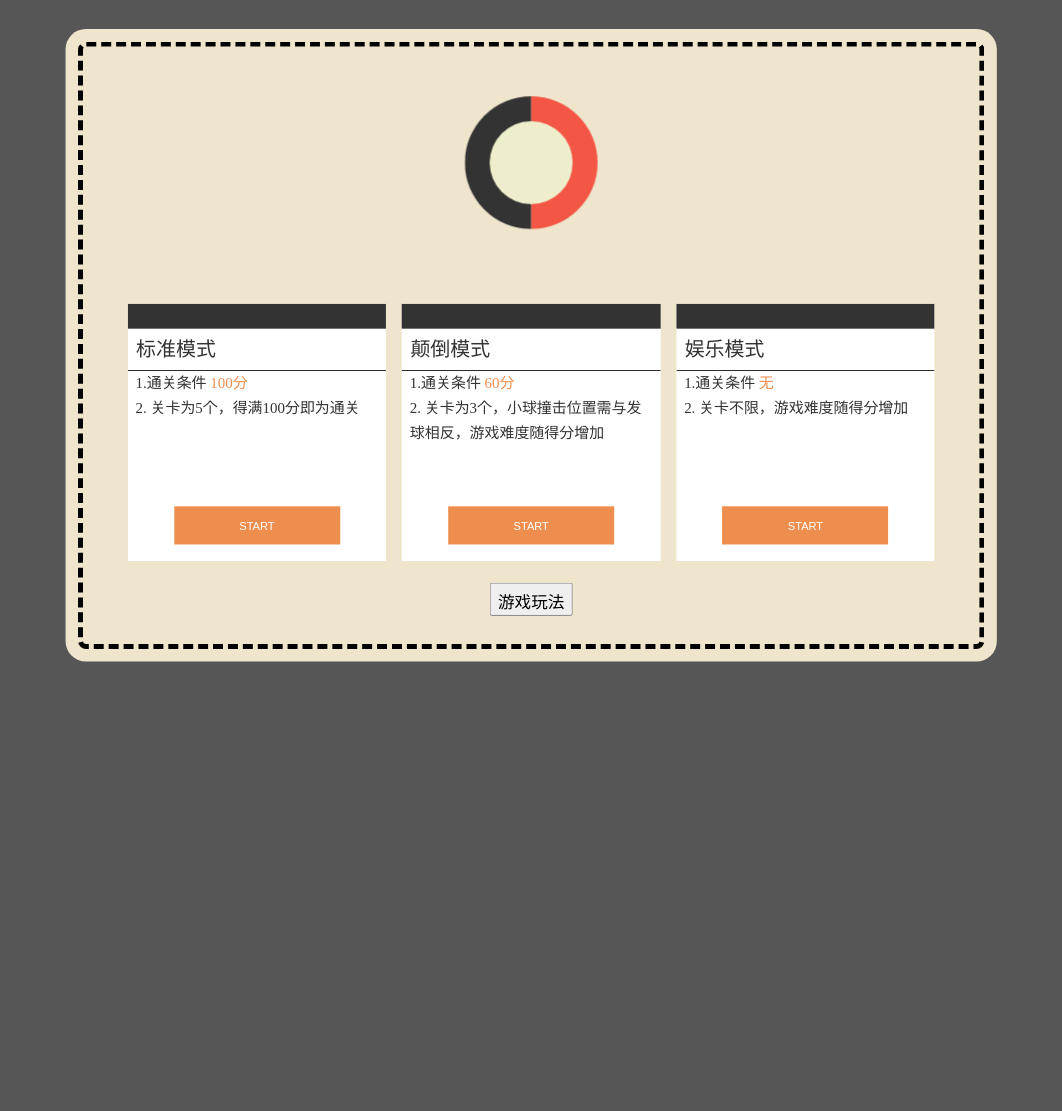
Repository: EEETA/ball-game
Page: theBall2/index.html
These files come from the project's save history. The page is drawn as it stood at one moment and after the next save; the edit follows.
The browser window is 1280 px wide. The pictures show the whole page, at 83% of full size.

Above is the page before, as saved 2018-08-02 16:08:40.

### theBall2/index.html
<!DOCTYPE html>
<html lang="en">
<head>
    <meta charset="UTF-8">
    <title>theBall</title>
	<link rel="stylesheet" href="style/index.css">
    <script src="js/jquery-1.8.3.min.js"></script>
	<script src="js/jquery.rotate.min.js"></script>
</head>
<body>
    <section class="box">
        <!-- 旋转div -->
        <section class="ball ballZhuan">
            <div class="redPart_box">
                <div class="redPart"></div>
            </div>
            <div class="blackPart_box">
                <div class="blackPart"></div>
            </div>
            <div class="middlePart"></div>
        </section>
        <div class="ball2"></div>

        <section class="idx_pattern">
            <!-- 主界面-游戏模式 -->
        </section>
        <section class="idx_intro">
            <!-- 主界面-游戏玩法 -->
        </section>

        <section class="game_mask">
        <!-- 游戏界面-娱乐模式遮罩提示层 -->
        </section>
        <div class="arrow">
            <!-- 升级效果 -->
        </div>
        <section class="game_shootBox">
            <!-- 游戏界面-小球发射 -->
        </section>
        <section class="game_fraction">
            <!-- 游戏界面-分数血量显示 -->
        </section>
        <section class="game_hanlder">
            <!-- 游戏界面-结束模块 -->
        </section>
    </div>

    <script src="data/data.js"></script>
    <script>
        const patternLen = pattern.length;
        const idxPattern = document.querySelector('.idx_pattern');
        const idxIntro = document.querySelector('.idx_intro');
        const gameShootBox = document.querySelector('.game_shootBox');
        const gameFraction = document.querySelector('.game_fraction');
        const gameHanlder = document.querySelector('.game_hanlder');
        const gameMask = document.querySelector('.game_mask');
        var my=[];
        /*主界面-游戏模式*/
        for(var i=0;i<patternLen;i++){
            let idxPatternMain=`<div class="playWrap">
                                    <div class="playTit"> ${pattern[i].patternName} </div>
                                    <div class="playIntroduce">
                                        <div class="playIntroduceTxt">1.通关条件 <span style="color:#EE8E4E"> ${pattern[i].explain.condition} </span></div>
                                        <div class="playIntroduceTxt">2. ${pattern[i].explain.produce} </div>
                                    </div>
                                    <button class="start">START</button>
                                </div>`
            idxPattern.innerHTML+=idxPatternMain;
        }
        /*主界面-游戏玩法*/
        let produceTxt=`<div class="introTxt">
                            <div>
                                1.按空格键/AD可旋转 <img src="img/img1.png" alt="" class="sizeOne">
                            </div>
                            <div>
                                2.当<img src="img/img2.png" alt="" class="sizeOne">掉落时,根据模式将 <img src="img/img1.png" alt="" class="sizeOne"> 旋转到对应的颜色即可得1分,反之<span style="color:red">HP-1</span>
                            </div>
                            <div>
                                3.进入游戏后，每个玩家血量为5,右上角为分数面板 <img src="img/img3.png" alt="" class="sizeTwo"> 左侧为当前分数,右侧为当前关卡上限,分数达到上限即可进入下一关
                            </div>
                        </div>
                        <button class="introTxtBtn">游戏玩法</button>`
        idxIntro.innerHTML=produceTxt;



        /*游戏界面-小球发射*/
        let gameShootBoxMain=`<div class="top">
                                    <div class="div_middle"></div>
                                </div>
                                <div class="bottom">
                                    <div class="div_middle"></div>
                                </div>
                                <div class="left">
                                    <div class="div_middle"></div>
                                </div>
                                <div class="right">
                                    <div class="div_middle"></div>
                                </div>`
        gameShootBox.innerHTML+=gameShootBoxMain;
        /*游戏界面-分数血量显示*/
        let gameFractionMain=`<div class="life">HP:
                                    <div class="hp_div">
                                        <div class="hp_div_main"></div>
                                    </div>
                                </div>
                                <div class="fraction">
                                    <span class="fraction_left"></span>
                                    /
                                    <span class="fraction_right"></span>
                                </div>`
        gameFraction.innerHTML=gameFractionMain;
        /*游戏界面-结束模块*/
        let gameHanlderMain=`<div class="interface">
                                <div class="over">Game Over</div>
                                <div class="success">成功通关</div>
                            </div>
                            <div class="button_box">
                                <button class="button_left">再玩一次</button>
                                <button class="button_right">返回大厅</button>
                            </div>`
        gameHanlder.innerHTML=gameHanlderMain;
        /*游戏界面-娱乐模式遮罩提示层*/
        let gameMaskMain=`<div class="Mask_span">
                                <span>按A键向左转</span>
                                <span>按D键向右转</span>
                            </div>
                            <span class="Mask_p">- 按空格键继续 -</span>`
        gameMask.innerHTML=gameMaskMain;
    </script>
    <script src="js/index.js"></script>
    <script src="js/animation.js"></script>
</body>
</html>

### theBall2/style/index.css
@charset "UTF-8";
html{background: #565656;}
body{-webkit-user-select:none;-moz-user-select:none;-ms-user-select:none; user-select:none;}
input{border: none;outline: none;-webkit-tap-highlight-color: #000000;-webkit-tap-highlight-color: rgba(0, 0, 0, 0);}
button{outline: none;}

.box{
    position: relative;
    margin: 50px auto 0;
    /* overflow: hidden; */
    width: 1080px;
    height: 720px;
    background: #eee5cc;
    border: 6px dashed #000;
    box-shadow: 0 0 0 15px #eee5cc;
    border-radius: 10px;
}
/*两种小球制作*/
.ball{
    position: relative;
    width: 160px;
    height: 160px;
    margin:60px auto 0;
    /* transform:rotate(0deg);
    -ms-transform:rotate(0deg);
    -moz-transform:rotate(0deg);
    -webkit-transform:rotate(0deg);
    -o-transform:rotate(0deg); */
    opacity:1
}
.redPart_box,.blackPart_box{
    height: 50%;
    overflow:hidden;
}
.redPart,.blackPart{
    position: relative;
    height: 160px;
    width: 160px;
    border-radius:50%
}
.redPart{background: #f45646;}
.blackPart{background: #333;top:-100%}
/* .redPart{background: #ff9b9b;}
.blackPart{background: #2aa1a7;top:-100%} */
.middlePart{
    position: absolute;
    left: 30px;
    top: 30px;
    width: 100px;
    height:100px;
    border-radius: 50%;
    background:#eec;
}
.ballZhuan{
    animation-name:rotate;
    animation-iteration-count: infinite;
    animation-duration: 4s;
    animation-timing-function: linear;
}
@keyframes rotate{
    0%{
        transform:rotate(0deg)
    }
    100%{
         transform:rotate(360deg)
    }
}


.top,.bottom{position: absolute;width: 100%;height: 50px;}
.left,.right{position: absolute;width: 50px;height: 662px}
.left{left: -50px}
.right{right: -50px}
.top{top: -50px}
.bottom{bottom:-50px}
.left .div_middle,.right .div_middle{position: absolute;top: 106px;}
.div_middle{
    position: relative;
    margin: 0 auto;
    width: 50px;
    height: 50px;
}
.div_ball{height:50px;width: 50px;background:#f45646;border-radius: 50%;position: absolute;top: 0;left: 0}
.ball_middle{height: 75px;width:75px;border-radius: 50%;background: #333;opacity:0.5;position: absolute;top: calc(50% - 37px);left:calc(50% - 37px)}

.game_fraction{
    width: 100%;
    height: 80px;
    top:50px;
    position: absolute;
    display: none;
}
.life{width: 60%;height: 100%;display: inline-block;line-height: 80px;text-indent: 10px;color:#f00;}
.fraction{width: 30%;height: 100%;text-align: center;line-height: 80px;float: right;margin-right: 10px;font-size: 30px;}
.fraction span{color:#333;}
.firworks{width: 4px;height: 4px;position: absolute;border-radius: 50%}
.over,.success{position: absolute;top:43%;font-size: 60px;opacity:0;z-index: 30;width: 100%;text-align: center;}
.arrow{height: 300px;width: 500px;position: absolute;top: calc(50% - 150px);left: calc(50% - 250px);}
.arrow span{font-size: 30px;color: #333;position: absolute;left: calc(50% - 145px);top: 150px;opacity: 0;height: 100px;width: 300px;text-align: center;}
 .img{height:80px;width: 30px;position: absolute;}

.ball2{
    width: 0;
    height: 0;
    border-top:20px solid #f45646;
    border-bottom: 20px solid #333;
    border-left:20px solid #efa97a;
    border-right:20px solid #6dd3ce;
    border-width: 86px;
    position: absolute;
    top: calc(50% - 90px);
    left: calc(50% - 85px);
    opacity: 0;
    /* z-index: 10;
    transform:rotate(0deg); */
    /* border-radius: 50%; */
}

.button_box{
    position: absolute;
    left:0;
    right:0;
    bottom:45px;
    margin:0 auto;
    width: 380px;
    display: none;
    opacity: 0;
}
.button_left,.button_right{
    height: 46px;
    width: 150px;
    background:#333;
    border-radius:3px;
    font-size: 24px;
    color:#fff;
    cursor:pointer;
    border:none;
}
.button_left:hover,.button_right:hover{background: #f45646;}
.button_left{float:left;}
.button_right{float:right;}


/************************************游戏玩法***********************************/
.introTxtBtn{
    position: absolute;
    bottom: 34px;
    font-size: 20px;
    cursor:pointer;
    z-index: 1000;
    left: calc(50% - 50px);
    height: 40px;
    width: 100px;
    text-align: center;
    line-height: 40px
}
.introTxtBtn:hover{
    background: #333;
    color: #fff;
}
.introTxt{
    width: 500px;
    height: 530px;
    left: calc(50% - 250px);
    top: calc(50% - 300px);
    line-height: 40px;
    background: #fff;
    border-radius: 5px;
    display: none;
    z-index: 1001;
    position: absolute;
}
.sizeOne,.sizeTwo{
    position:relative;
    top: 10px;
}
.sizeOne{width: 40px;}
.sizeTwo{width: 80px;}
.introTxt div{margin:30px auto;width: 90%;font-size: 24px}
.introTxt p{display: inline-block;}



.hp_div{display: inline-block;width: 180px;height: 40px;border:1px solid red;vertical-align:middle;border-radius: 4px;}
.hp_div_main{height: 100%;width: 100%;background: red;border-radius: 3px;}


.game_mask{
    display: none;
    position: absolute;
    width: 100%;
    height: 100%;
    top: 0;
    left: 0;
    background: rgba(51,51,51,.5);
    font-size: 30px;
    color: #fff;
    z-index: 1;
}
.Mask_span{
    position: absolute;
    top:calc(50% - 100px);
    opacity: 1;
    width: 100%;
    text-align: center;
    line-height: 100px;
}
.Mask_span span{
    display: block;
}
.Mask_p {
    position: absolute;
    bottom: 150px;
    width: 100%;
    text-align: center;
    font-size:40px;
    color: #000;
    animation-name:opacity;
    animation-iteration-count: infinite;
    animation-duration: 1.8s;
}
@keyframes opacity{
    0%{
        opacity:0
    }
    50%{
        opacity: 1
    }
    100%{
        opacity:0
    }
}


/*playFour*/
.idx_pattern{
    overflow:auto;
    position: relative;
    margin: 0 auto;
    width: 90%;
    margin-top: 90px;
}
.playWrap{
    overflow: hidden;
    position: relative;
    float:left;
    width: 32%;
    height: 280px;
    background:#fff;
    color:#333;
    border-top: 30px solid;
}
.playWrap:nth-child(2){margin: 0 2%;}
.playWrap:hover{
    background: rgba(255,255,255,.7)
}
.playTit{
    /* width: 100%; */
    border-bottom: 1px solid #000;
    font-size: 24px;
    line-height: 50px;
    text-indent: 10px;
}
.playIntroduce{
    font-size: 18px;
    text-align: left;
    line-height: 30px;
    margin: 0 auto;
    width: 94%;
}
.start{
    position:absolute;
    bottom:0;
    left:0;
    right:0;
    width: 200px;
    height: 46px;
    background: #EE8E4E;
    color: #fff;
    outline: none;
    margin: 0 auto 20px;
    cursor: pointer;
    border: none;
}
.start:hover{background: rgba(51,51,51,1)}

### theBall2/data/data.js

/*
patternName：模式名称
explain：游戏说明
condition：过关条件
produce：关卡介绍
tip：其他
*/
var pattern=[
    {
        patternName:'标准模式',
        explain:{
            condition:'100分',
            produce:'关卡为5个，得满100分即为通关',
            tip:''
        }
    },
    {
        patternName:'颠倒模式',
        explain:{
            condition:'60分',
            produce:'关卡为3个，小球撞击位置需与发球相反，游戏难度随得分增加',
            tip:''
        }
    },
    {
        patternName:'娱乐模式',
        explain:{
            condition:'无',
            produce:'关卡不限，游戏难度随得分增加',
            tip:''
        }
    }
]
var gameInit=[
    {
        hp:1,
        hp_box:10,
        fraction:0,
        toplimit:10,

    }
]
// var gameHanlder={
//     gameOver="Game Over",
//     gameSuccess="游戏通关",
// }

### theBall2/js/animation.js


// 抖动效果
jQuery.fn.shake = function (intShakes /*Amount of shakes*/, intDistance /*Shake distance*/, intDuration /*Time duration*/) {
    this.each(function () {
        var jqNode = $(this);
        jqNode.css({ position: 'relative' });
        for (var x = 1; x <= intShakes; x++) {
            jqNode.animate({ left: (intDistance * -1) }, (((intDuration / intShakes) / 4)))
            .animate({ left: intDistance }, ((intDuration / intShakes) / 2))
            .animate({ left: 0 }, (((intDuration / intShakes) / 4)));
        }
    });
    return this;
}

/*撞击成功*/
success=function(r,borderSpacing){
    switch_1=1;
    $('<div class="ball_middle" style="background-color:'+$(r).css('background-color')+';display:block"></div>').appendTo(box);
    $('.ball_middle').animate({ borderSpacing:borderSpacing },{
            step:function(now){
                $(this).css('transform','scale('+now+','+now+')')
            },
            duration:200
        }
    );
    $('.ball_middle').animate({opacity:'0'},200,function(){
        this.remove();
    });
    $(r).remove();

    fractionNow++;
    $('.fraction_left').html(fractionNow);
}

fail=function(r){   //撞击失败
    switch_1=1;
    for(var i=0;i<20;i++){
        var firworks=$('<div class="firworks"></div>');
        var b=new boom(firworks,$(r).offset().left,$(r).offset().top,$(r).css('background-color'));
        b.move();
    }
    $(r).remove();
	hp--;
    fail_hp=hp*100/hp_box;
    $('.hp_div_main').animate({width:fail_hp+"%"},500);
}

boom=function(div,x,y,color){  //爆炸效果
        $('body').append(div);
        $(div).css({
            left:x+'px',
            top:y+'px',
            background:color
        });
        var speedX = (parseInt(Math.random()*2) == 0 ? 1 : -1)*parseInt(Math.random()*16 + 1);  //三目运算符随机移动方向，概率50%,为1时往正方向移动，负1时往反方向移动第二个随机数随机速度快慢
        var speedY = (parseInt(Math.random()*2) == 0 ? 1 : -1)*parseInt(Math.random()*20 + 1);

        this.move=function(){
            var i = 3;
            var time=setInterval(function(){
            i++;
            $(div).css({
                left:div[0].offsetLeft+speedX+'px',
                top:div[0].offsetTop+speedY+i+'px',
            })
            if(div[0].offsetLeft+div[0].offsetWidth>window.innerWidth|| div[0].offsetLeft<2 || div[0].offsetTop+div[0].offsetHeight>window.innerHeight || div[0].offsetTop<2 ){
                    div.remove();       //移动出可视区域记得删除div和清除定时器
                    clearInterval(time);
                }
            },1000/30)
        }
}

callarrow=function(arrow_html){  //初始化提升动画
    for(var i=0;i<10;i++){
            var a=new addarrow(i);
            a.move();
        }

    $('.arrow').append('<span>'+arrow_html+'</span>');
    $('.arrow span').animate({top:'0',opacity:1},600,function(){$(this).animate({opacity:0},800,function(){this.remove()})});

}

 addarrow=function(i){  //难度提升动画
        var leftnum=parseInt(Math.random()*500);
        var topnum=parseInt(Math.random()*400);
        var arrow=$(' <img src="img/Arrow.png" class="img">');
        var now=(Math.random()*1.1+0.75).toFixed(2);

        $('.arrow').append(arrow);
        $('.img')[i].style.cssText="top:"+topnum+"px;left:"+leftnum+"px;transform:scale("+now+","+now+")";

        this.move=function(i){
            $('.img').animate({top:'-100',opacity:'0'},700,function(){
                this.remove();
            });
        }
}
endarrow=function(innertHTML,time){
    $('.arrow').append('<span>'+innertHTML+'</span>');
    setTimeout(function(){$('.arrow span').animate({top:'0',opacity:1},1000,function(){$(this).animate({opacity:0},1500,function(){this.remove()})})},time);
}

rotate_transition=function(ball,ball2){
    $(ball).rotate({
            animateTo: 180,
            duration:300,
        }
    );
    $(ball).animate({opacity:'0'},600);
    $(ball2).animate({opacity:'1'},600);
    $(ball2).rotate({
            animateTo:-360,
            duration:600
    });
}

movejudge=function(r,rou,red,qing,black,num,numberMode){
    numbox=numList;
    if(numList>0){
        numbox=negative;
    }
    if($(r).css('background-color')=='rgb(239, 169, 122)' && numbox%360==rou){  //肉
        success(r,num);
    }else if($(r).css('background-color')=='rgb(244, 86, 70)' && numbox%360==red){  //红
        success(r,num);
    }else if($(r).css('background-color')=='rgb(109, 211, 206)' && numbox%360==qing){  //青
        success(r,num);
    }else if($(r).css('background-color')=='rgb(51, 51, 51)' && numbox%360==black){  //黑
        success(r,num);
    }else{fail(r)};

    appendball(numberMode);
    $(r).stop();
}

// Mask=function(){
//     $('.game_mask').fadeIn(300);
//     $('.Mask_p').fadeIn(800);
//     $('.Mask_span').fadeIn(800);
//     // $('.Mask_p').addClass('play');
// }


box_animation=function(height,width,speed){
    speed = speed||1000;
    $('.box').animate(
        {
            width:width+'px',
            height:height+'px',
        },
        {
            duration:speed,
        }
  	);
}

Loaded but not shown: theBall2/js/jquery-1.8.3.min.js (library); theBall2/js/jquery.rotate.min.js (library); theBall2/js/index.js (338 lines, source omitted)

After the next save:
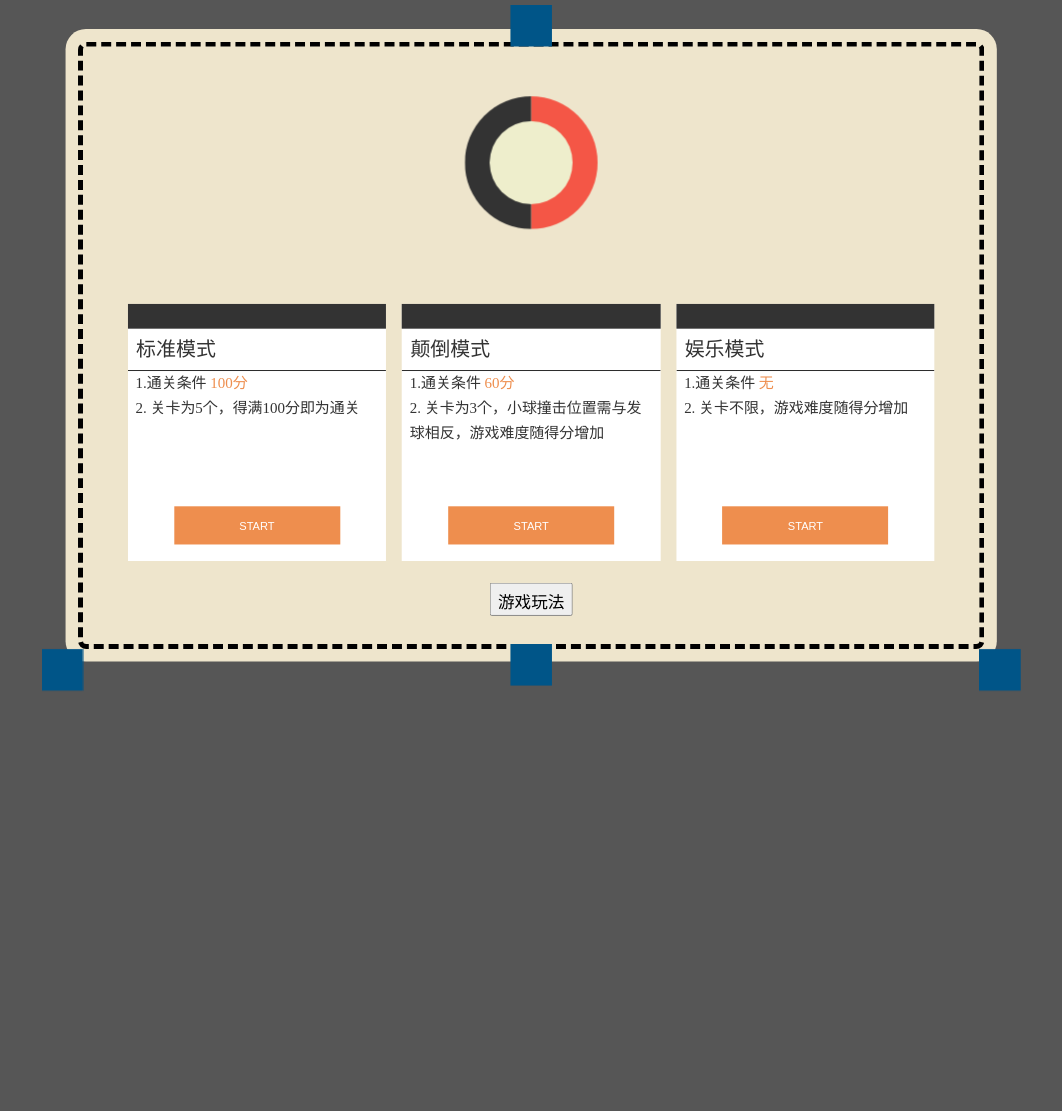
Saved 6 s later.
--- a/theBall2/style/index.css
+++ b/theBall2/style/index.css
@@ -79,6 +79,7 @@ button{outline: none;}
     margin: 0 auto;
     width: 50px;
     height: 50px;
+    background: #058;
 }
 .div_ball{height:50px;width: 50px;background:#f45646;border-radius: 50%;position: absolute;top: 0;left: 0}
 .ball_middle{height: 75px;width:75px;border-radius: 50%;background: #333;opacity:0.5;position: absolute;top: calc(50% - 37px);left:calc(50% - 37px)}
